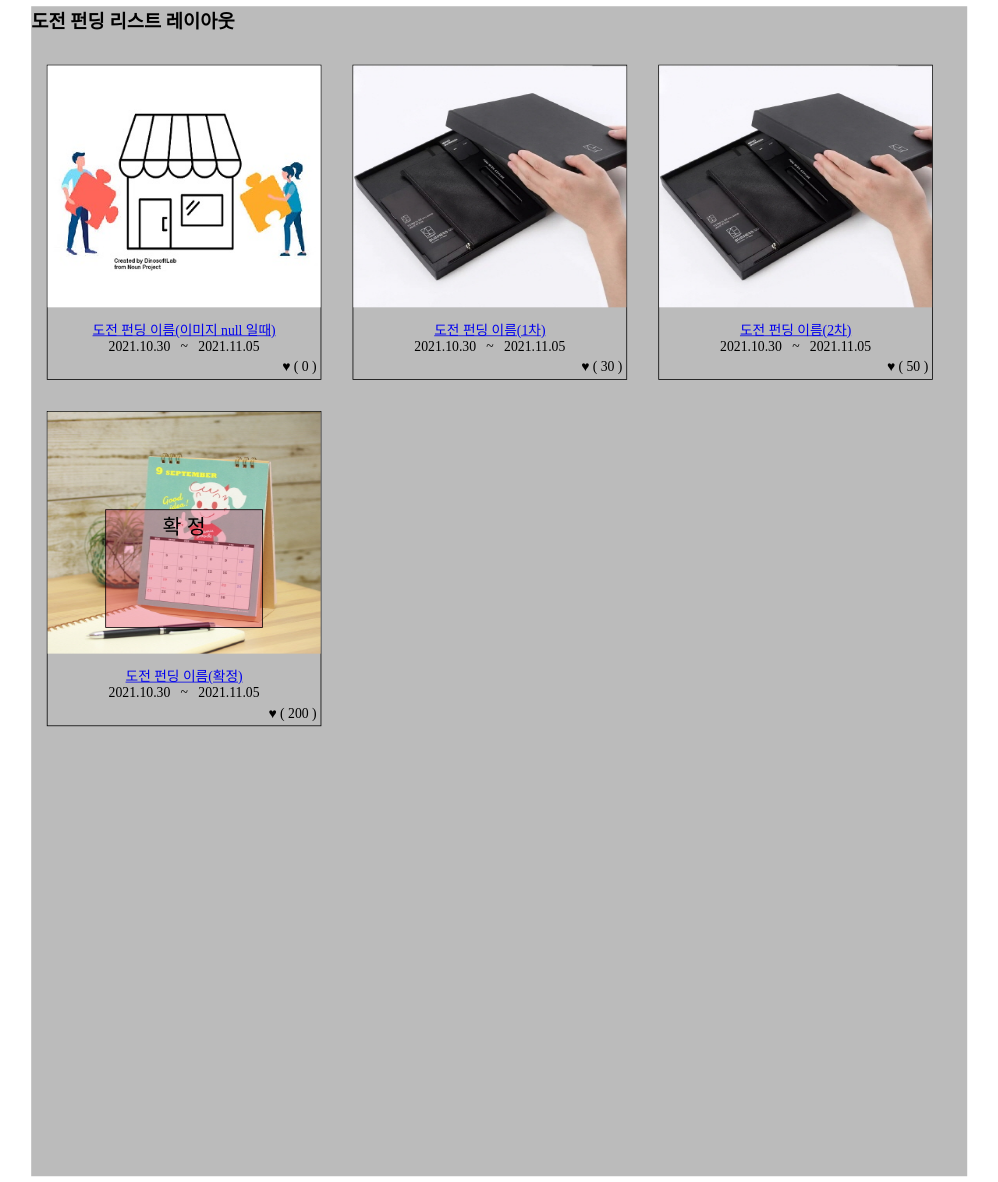
Repository: GroundPark/team6
Page: http://localhost/lefthand/page/product/chal_funding_list.jsp
These files come from the project's save history. The page is drawn as it stood at one moment and after the next save; the edit follows.
The browser window is 1280 px wide. The pictures show the whole page, at 78% of full size.
The page is served by Tomcat 9. Other server files are loaded and not shown.

Above is the page before, as saved 2021-11-20 17:54:19.

### lefthand/WebContent/page/product/chal_funding_list.jsp
<%@ page language="java" contentType="text/html; charset=UTF-8" pageEncoding="UTF-8"%>


<style>

.chal_funding_contents {
	width:1200px; height:1500px;  margin: 0 auto;
	background-color:#bbbbbb;

}

.chal_funding { position:relative; margin:20px; border:1px black solid; float:left; font-size:1.1em; }

.chal_period { text-align:center; }

.chal_like { float:right; padding:5px; }

.chal_ok {
	position:absolute;
	top:50%; left:50%;
	transform:translate(-50%, -50%);
	width:200px; height:150px; background-color:rgba(233, 30, 90, 0.3);
	z-index: 1;

	border:1px black solid;

	text-align:center;
	display:table-cell;
	vertical-align:middle;

	font-size:1.5em;
}
</style>


<div class="chal_funding_contents">
<h2>도전 펀딩 리스트 레이아웃</h2>
<div class="chal_funding">
	<a href="#"><img src="../challenge/img/chal_info_default.jpg" style="width:350px; height:310px; padding-bottom:15px;" /></a>
	<div style="text-align:center;"><a href="#">도전 펀딩 이름(이미지 null 일때)</a></div>
	<div class="chal_period"> &nbsp; 2021.10.30 &nbsp; ~ &nbsp; 2021.11.05 &nbsp; </div>
	<div class="chal_like"> ♥ ( 0 ) </div>
</div>

<div class="chal_funding">
	<a href="#"><img src="../challenge/userimg/thum_chal_info_2.jpg" style="width:350px; height:310px; padding-bottom:15px;" /></a>
	<div style="text-align:center;"><a href="#">도전 펀딩 이름(1차)</a></div>
	<div class="chal_period"> &nbsp; 2021.10.30 &nbsp; ~ &nbsp; 2021.11.05 &nbsp; </div>
	<div class="chal_like"> ♥ ( 30 ) </div>
</div>

<div class="chal_funding">
	<a href="#"><img src="../challenge/userimg/thum_chal_info_2.jpg" style="width:350px; height:310px; padding-bottom:15px;" /></a>
	<div style="text-align:center;"><a href="#">도전 펀딩 이름(2차)</a></div>
	<div class="chal_period"> &nbsp; 2021.10.30 &nbsp; ~ &nbsp; 2021.11.05 &nbsp; </div>
	<div class="chal_like"> ♥ ( 50 ) </div>
</div>

<div class="chal_funding">
	<a href="#"><img src="../challenge/userimg/thum_chal_info_1.jpg" style="width:350px; height:310px; padding-bottom:15px;" /></a>
	<div class="chal_ok"> 확 정 </div>
	<div style="text-align:center;"><a href="#">도전 펀딩 이름(확정)</a></div>
	<div class="chal_period"> &nbsp; 2021.10.30 &nbsp; ~ &nbsp; 2021.11.05 &nbsp; </div>
	<div class="chal_like"> ♥ ( 200 ) </div>
</div>



</div>

After the next save:
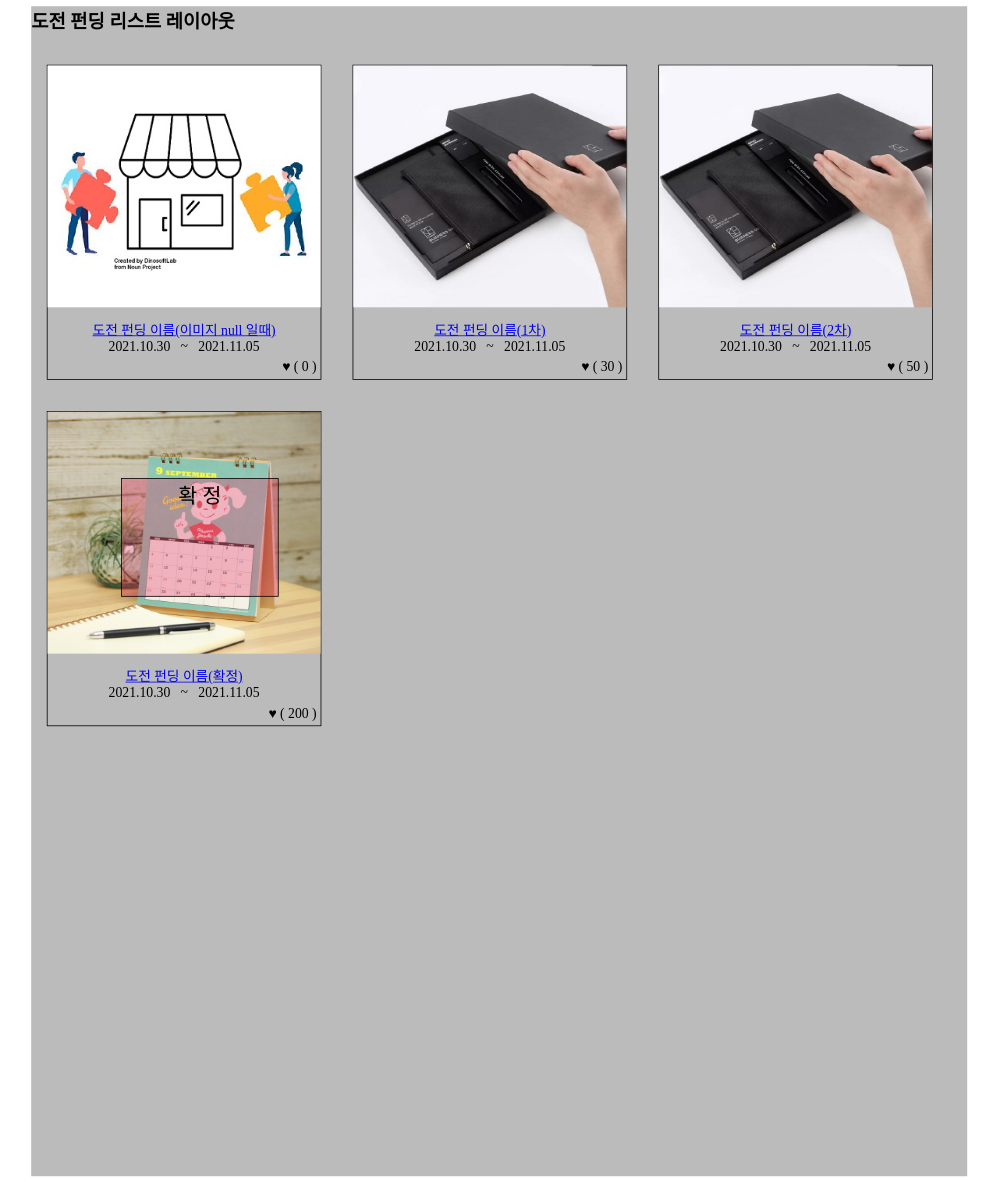
Saved 25 s later.
--- a/lefthand/WebContent/page/product/chal_funding_list.jsp
+++ b/lefthand/WebContent/page/product/chal_funding_list.jsp
@@ -17,8 +17,8 @@
 
 .chal_ok {
 	position:absolute;
-	top:50%; left:50%;
-	transform:translate(-50%, -50%);
+	top:40%; left:50%;
+	transform:translate(-40%, -50%);
 	width:200px; height:150px; background-color:rgba(233, 30, 90, 0.3);
 	z-index: 1;
 

After the save that followed:
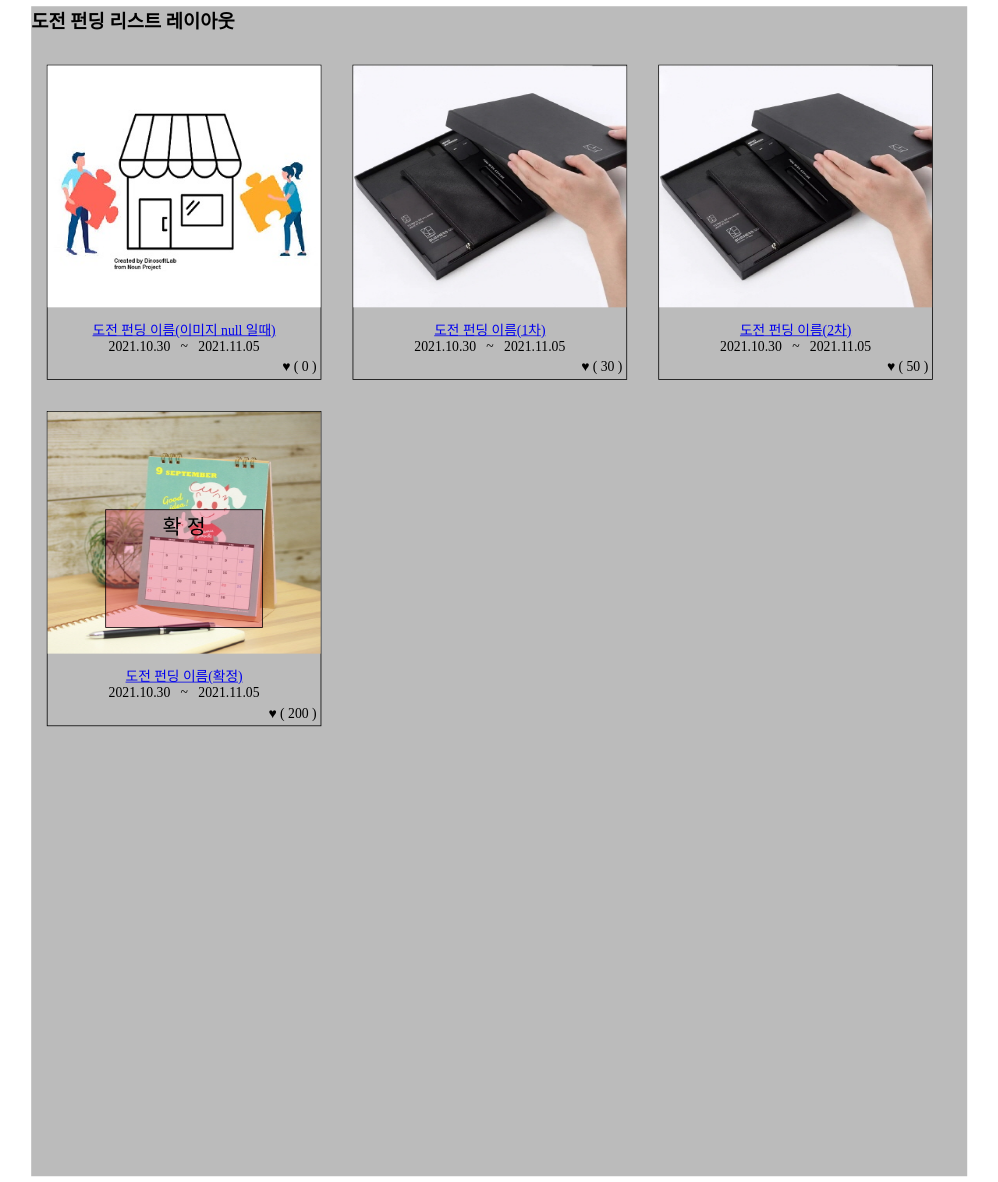
Saved 18 s later.
--- a/lefthand/WebContent/page/product/chal_funding_list.jsp
+++ b/lefthand/WebContent/page/product/chal_funding_list.jsp
@@ -17,8 +17,8 @@
 
 .chal_ok {
 	position:absolute;
-	top:40%; left:50%;
-	transform:translate(-40%, -50%);
+	top:50%; left:50%;
+	transform:translate(-50%, -50%);
 	width:200px; height:150px; background-color:rgba(233, 30, 90, 0.3);
 	z-index: 1;
 
